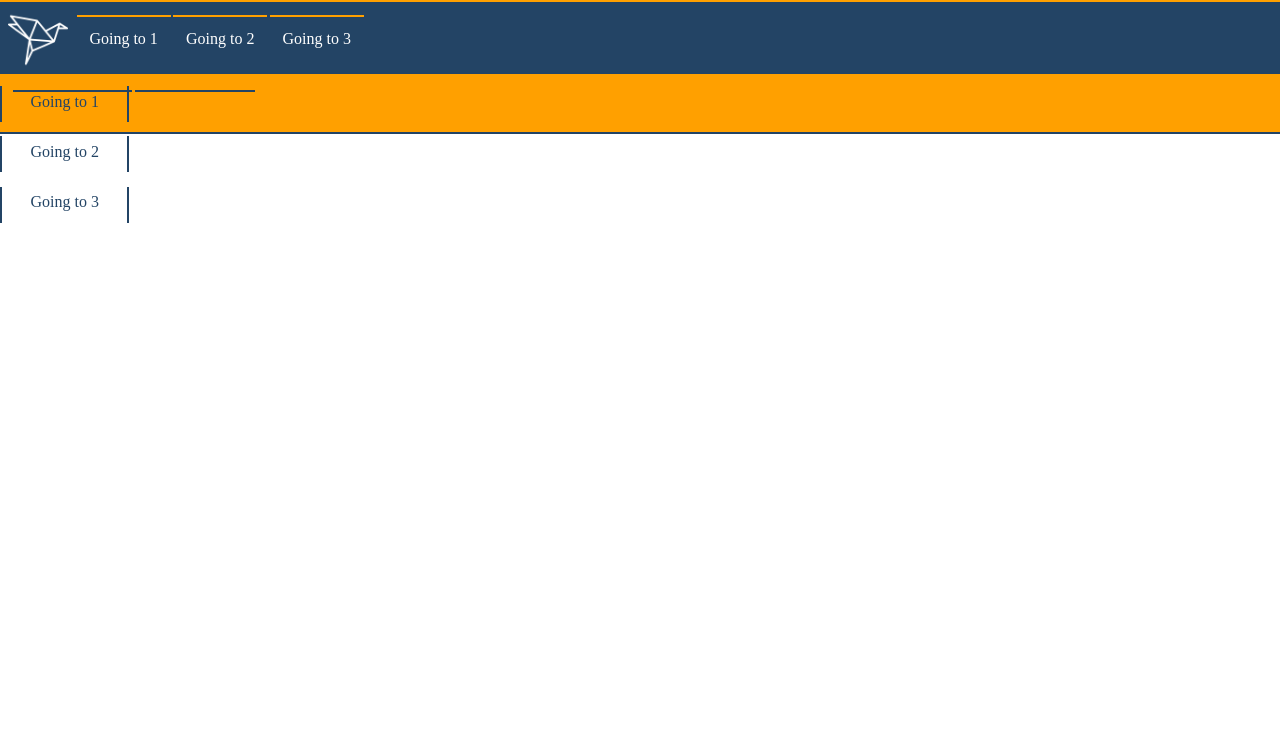
Repository: vsterev/origami
Page: /
These files come from the project's save history. The page is drawn as it stood at one moment and after the next save; the edit follows.
The browser window is 1280 px wide. The pictures show the whole page.
The project was rebuilt for these pictures with package versions that can differ from the ones it lists, and the page was loaded fresh each time.

Above is the page before, as saved 2020-07-12 12:57:39.

After the next save:
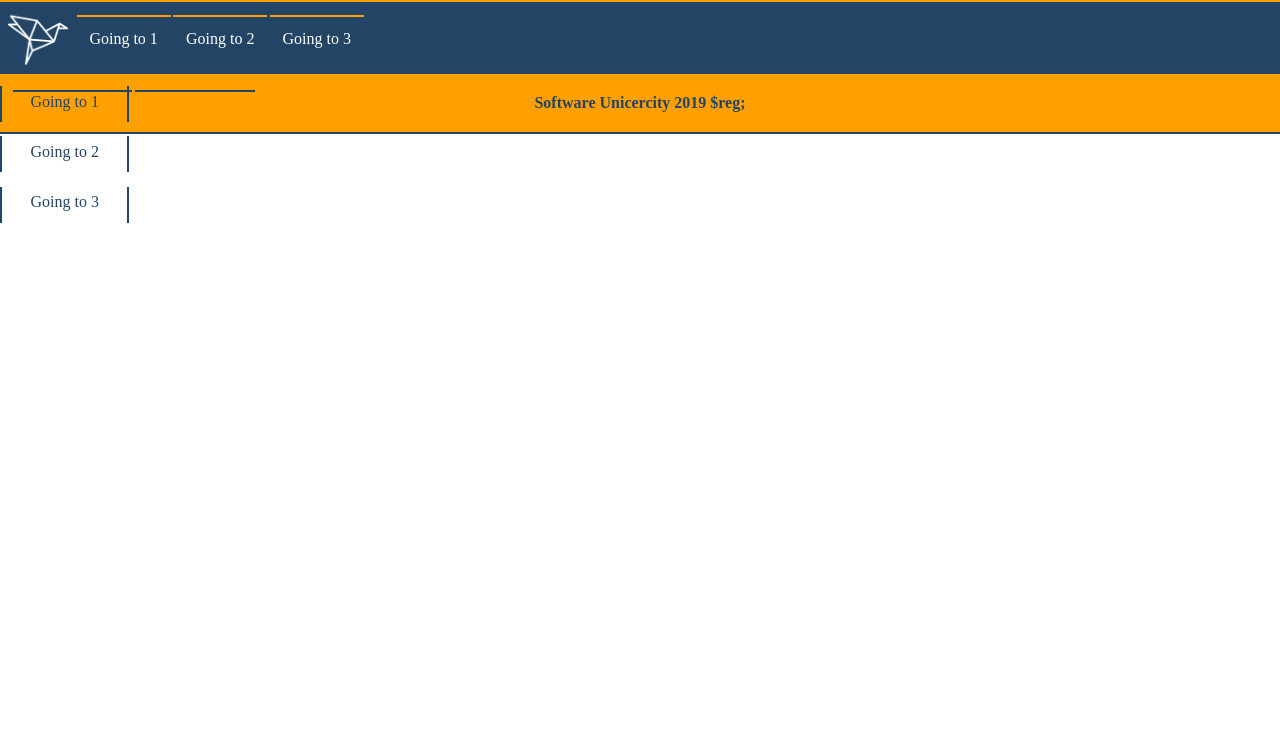
Saved 2 min 1 s later.
--- a/src/components/footer/index.js
+++ b/src/components/footer/index.js
@@ -10,6 +10,7 @@
                 <Link to="/">Going to 2</Link>
                 <Link to="/new">Going to 3</Link>
             </ul>
+            <p>Software Unicercity 2019 $reg;</p>
         </footer>
     )
 }
